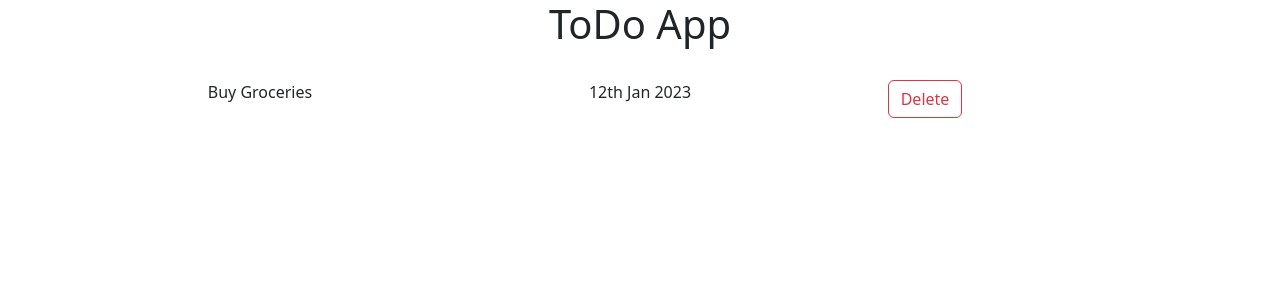
Repository: Mohitkumar1322/ReactTut
Page: / (app in ToDoApp/)
The author's editor kept a copy of each file at every save. The page is drawn from the files as they stood at one save, then again after a run of saves.
The browser window is 1280 px wide. The pictures show the whole page.
The project was rebuilt for these pictures with package versions that can differ from the ones it lists, and the page was loaded fresh each time. Also part of the build but not shown: ToDoApp/vite.config.js.

Above is the page before, as saved 2025-08-24 11:28:27.

After the next 3 saves:
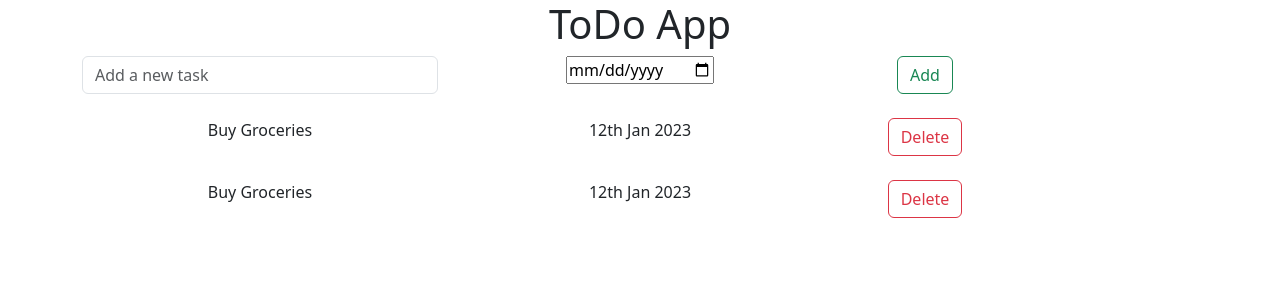
The 3 saves are shown as one change because 1 did not build or start and some came seconds apart.
The last was saved 10 s later.
--- a/ToDoApp/src/App.jsx
+++ b/ToDoApp/src/App.jsx
@@ -1,4 +1,5 @@
 import AppName from "./components/AppName";
+import ToDoAdd from "./components/ToDoAdd";
 
 function App() {
   return (
@@ -6,7 +7,7 @@ function App() {
       <center>
        <AppName />
         <div class="container text-center">
-
+          <ToDoAdd />
           <br />
           <div class="row">
             <div class="col-4">
